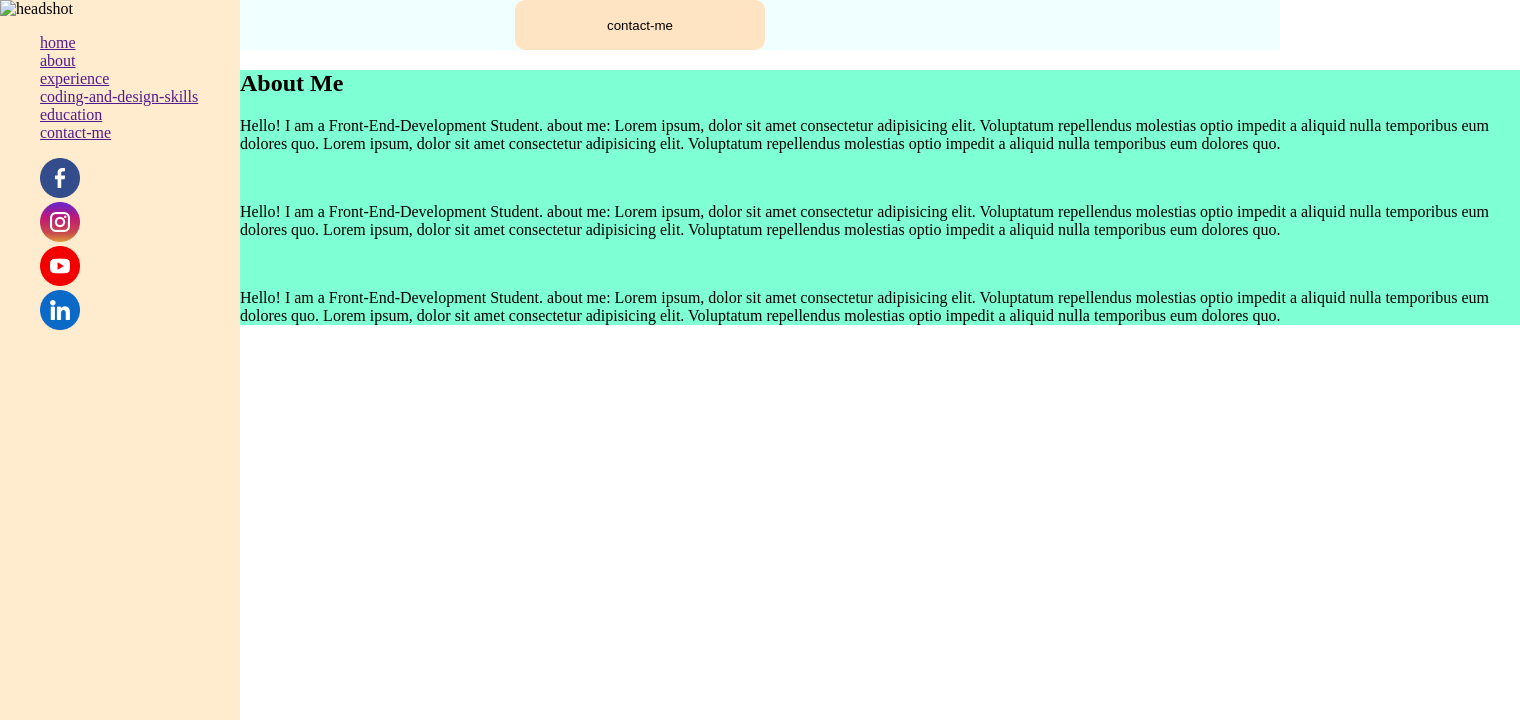
Repository: WesleyErasmus/MyDigitalResume-5
Page: index.html
The author's editor kept a copy of each file at every save. The page is drawn from the files as they stood at one save, then again after the next save.
The browser window is 1280 px wide. The page is 1520 px wide, so the pictures cover 1520 px, including what lies to the right of the window. The pictures show the whole page.

Above is the page before, as saved 2022-02-24 16:09:53.

After the next save:
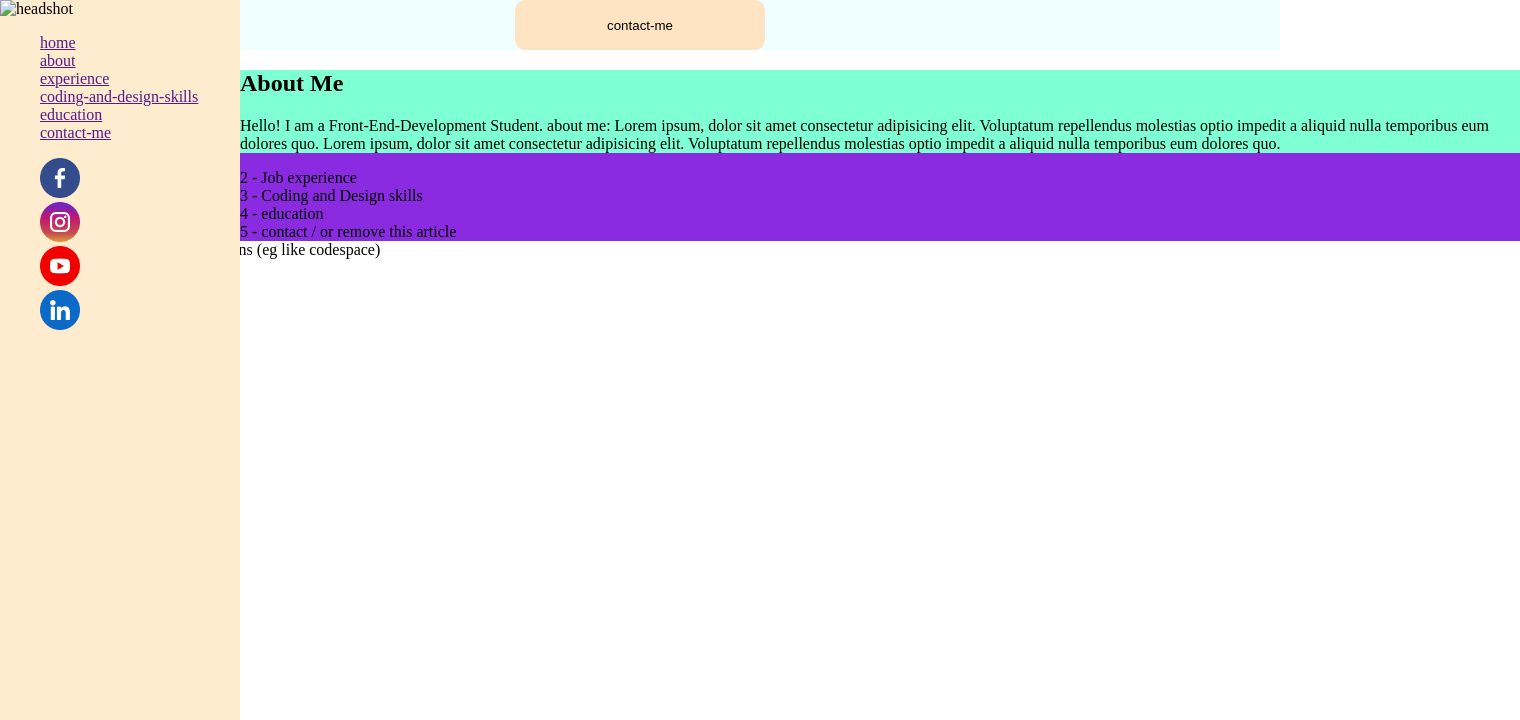
Saved 12 s later.
--- a/index.html
+++ b/index.html
@@ -44,7 +44,7 @@
                     adipisicing elit. Voluptatum repellendus molestias optio impedit a aliquid nulla temporibus eum
                     dolores quo. Lorem ipsum, dolor sit amet consectetur adipisicing elit. Voluptatum repellendus
                     molestias optio impedit a aliquid nulla temporibus eum dolores quo.</p>
-                <br>
+                <!-- <br>
                 <p>Hello! I am a Front-End-Development Student. about me: Lorem ipsum, dolor sit amet consectetur
                     adipisicing elit. Voluptatum repellendus molestias optio impedit a aliquid nulla temporibus eum
                     dolores quo. Lorem ipsum, dolor sit amet consectetur adipisicing elit. Voluptatum repellendus
@@ -53,8 +53,8 @@
                 <p>Hello! I am a Front-End-Development Student. about me: Lorem ipsum, dolor sit amet consectetur
                     adipisicing elit. Voluptatum repellendus molestias optio impedit a aliquid nulla temporibus eum
                     dolores quo. Lorem ipsum, dolor sit amet consectetur adipisicing elit. Voluptatum repellendus
-                    molestias optio impedit a aliquid nulla temporibus eum dolores quo.</p>
-        <!-- </article>
+                    molestias optio impedit a aliquid nulla temporibus eum dolores quo.</p> -->
+        </article>
         <article class="job-experience">
             2 - Job experience
         </article>
@@ -71,7 +71,7 @@
     <footer>
         contact details
         small social media icons (eg like codespace)
-    </footer> -->
+    </footer>
 
 </body>
 
